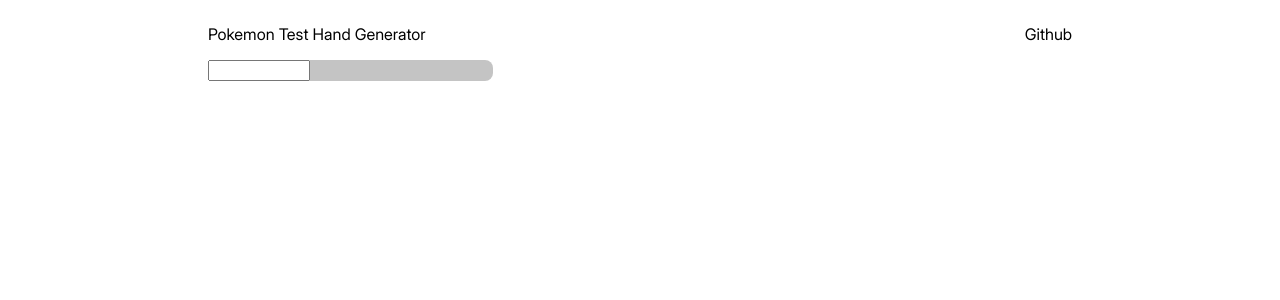
Repository: danielj1415/test-hand-simulator
Page: /
These files come from the project's save history. The page is drawn as it stood at one moment and after the next save; the edit follows.
The browser window is 1280 px wide. The pictures show the whole page.
The project was rebuilt for these pictures with package versions that can differ from the ones it lists, and the page was loaded fresh each time. Also part of the build but not shown: vite.config.ts, src/index.css.

Above is the page before, as saved 2024-10-30 17:43:54.

After the next save:
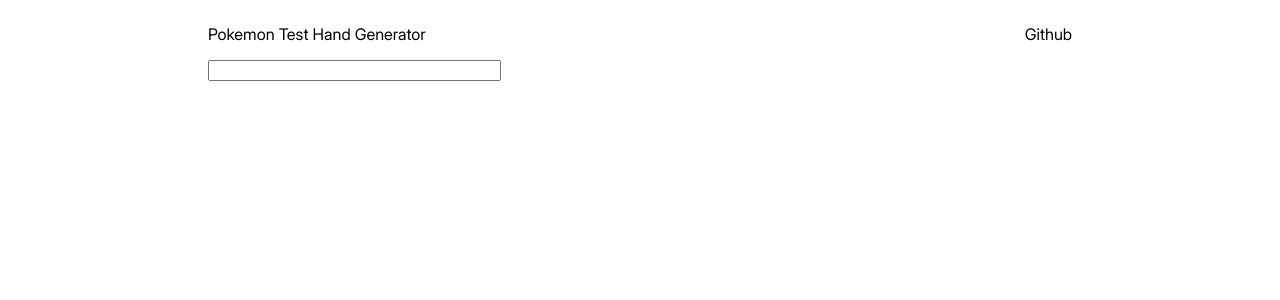
Saved 5 s later.
--- a/src/App.css
+++ b/src/App.css
@@ -37,5 +37,5 @@
 }
 
 input{
-  width: 33%;
+  width: 100%;
 }
